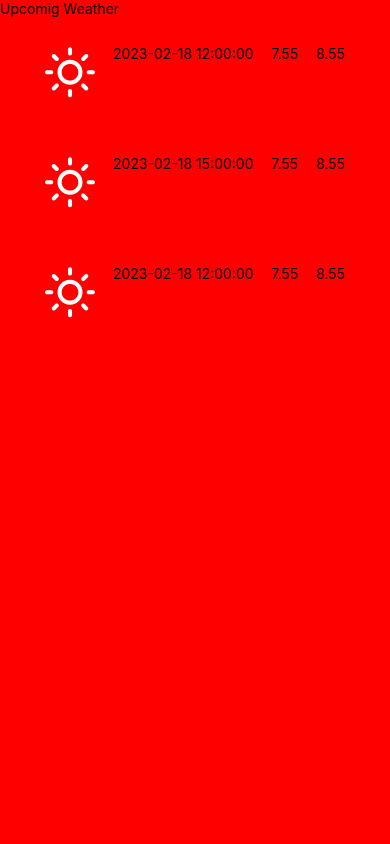
Repository: akinmiday/fcc
Screen: / (app in WeatherApp/)
The author's editor kept a copy of each file at every save. The screen is drawn from the files as they stood at one save, then again after a run of saves.
The app was drawn by React Native's web renderer in a window 390 px wide. The project was rebuilt for these pictures with package versions that can differ from the ones it lists, and the page was loaded fresh each time. Also part of the build but not shown: WeatherApp/src/components/CurrentWeather.js.

Above is the screen before, as saved 2023-07-19 08:06:18.

After the next 2 saves:
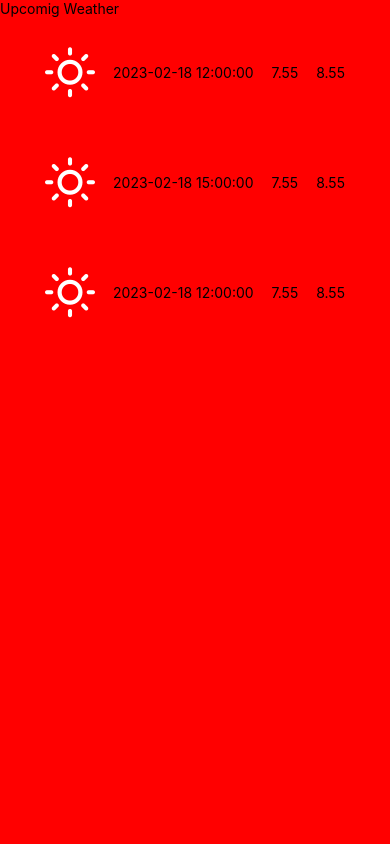
The 2 saves are shown as one change because 1 did not build or start.
The last was saved 61 s later.
--- a/WeatherApp/src/components/UpcomingWeather.js
+++ b/WeatherApp/src/components/UpcomingWeather.js
@@ -93,7 +93,8 @@ const styles = StyleSheet.create({
     marginVertical: 8,
     marginHorizontal: 16,
     flexDirection: "row",
-    justifyContent: "space-around"
+    justifyContent: "space-around",
+    alignItems: "center"
   }
 })
 
